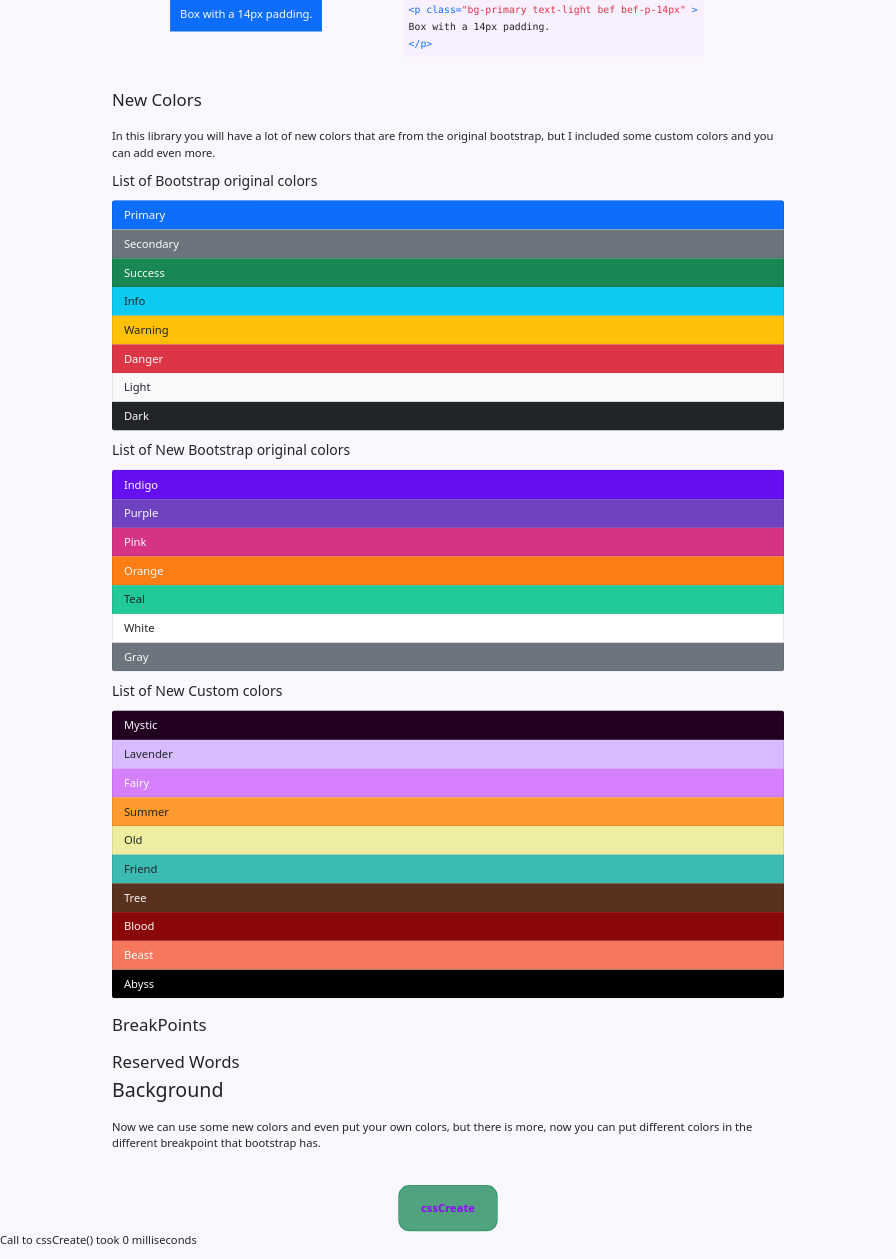
Repository: LynxPardelle/bootstrap-expanded-features
Page: index.html
These files come from the project's save history. The page is drawn as it stood at one moment and after the next save; the edit follows.
The browser window is 1280 px wide. The pictures show the part of the page from y = 1970 to 3890 px (the page is 3769 px tall before and 3913 px after), at 70% of full size.

Above is the page before, as saved 2022-01-02 06:11:26.

After the next save:
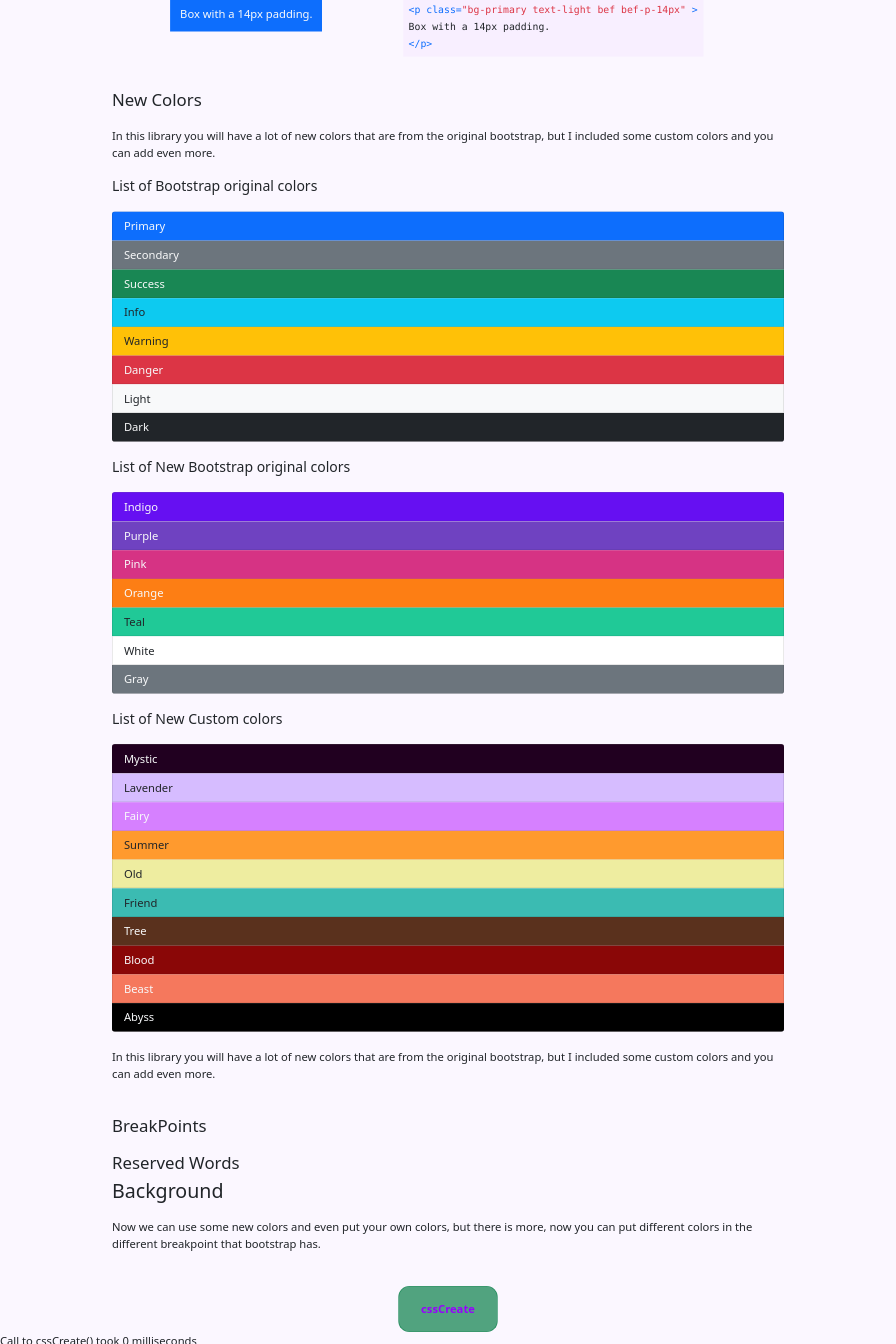
Saved 37 s later.
--- a/index.html
+++ b/index.html
@@ -321,7 +321,7 @@
               the original bootstrap, but I included some custom colors and you
               can add even more.
             </p>
-            <h5 class="my-3">List of Bootstrap original colors</h5>
+            <h5 class="my-4">List of Bootstrap original colors</h5>
             <ul class="list-group">
               <li class="list-group-item text-light bg-primary">Primary</li>
               <li class="list-group-item text-light bg-secondary">Secondary</li>
@@ -332,7 +332,7 @@
               <li class="list-group-item text-dark bg-light">Light</li>
               <li class="list-group-item text-light bg-dark">Dark</li>
             </ul>
-            <h5 class="my-3">List of New Bootstrap original colors</h5>
+            <h5 class="my-4">List of New Bootstrap original colors</h5>
             <ul class="list-group">
               <li class="list-group-item text-light bef bef-bg-indigo">
                 Indigo
@@ -348,7 +348,7 @@
               <li class="list-group-item text-dark bef bef-bg-white">White</li>
               <li class="list-group-item text-light bef bef-bg-gray">Gray</li>
             </ul>
-            <h5 class="my-3">List of New Custom colors</h5>
+            <h5 class="my-4">List of New Custom colors</h5>
             <ul class="list-group">
               <li class="list-group-item text-light bef bef-bg-mystic">
                 Mystic
@@ -369,6 +369,11 @@
               <li class="list-group-item text-light bef bef-bg-beast">Beast</li>
               <li class="list-group-item text-light bef bef-bg-abyss">Abyss</li>
             </ul>
+            <p class="mt-4 mb-5 text-start bef bef-link-futurePop">
+              In this library you will have a lot of new colors that are from
+              the original bootstrap, but I included some custom colors and you
+              can add even more.
+            </p>
 
             <!-- BREAKPOINTSBASICHTU -->
             <a id="bpsBasicHTU"></a>
